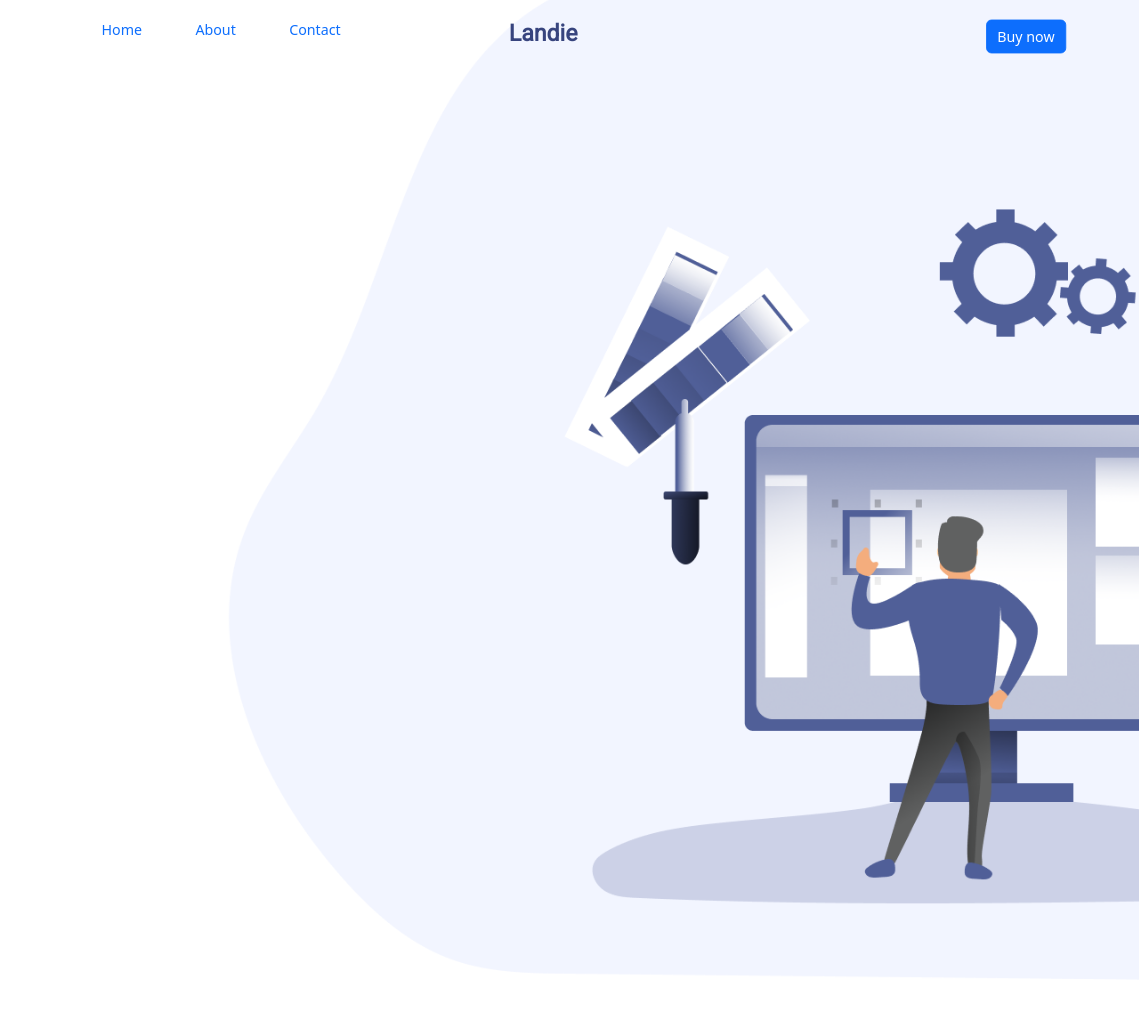
Repository: batonAnton/HW-Lec12-sass-pug
Page: index.html
The author's editor kept a copy of each file at every save. The page is drawn from the files as they stood at one save, then again after the next save.
The browser window is 1280 px wide. The pictures show the whole page, at 89% of full size.
The style sheet was rebuilt from its Sass, Less or Tailwind sources for each picture, by a compiler version that may differ from the author's.

Above is the page before, as saved 2022-07-29 15:24:25.

After the next save:
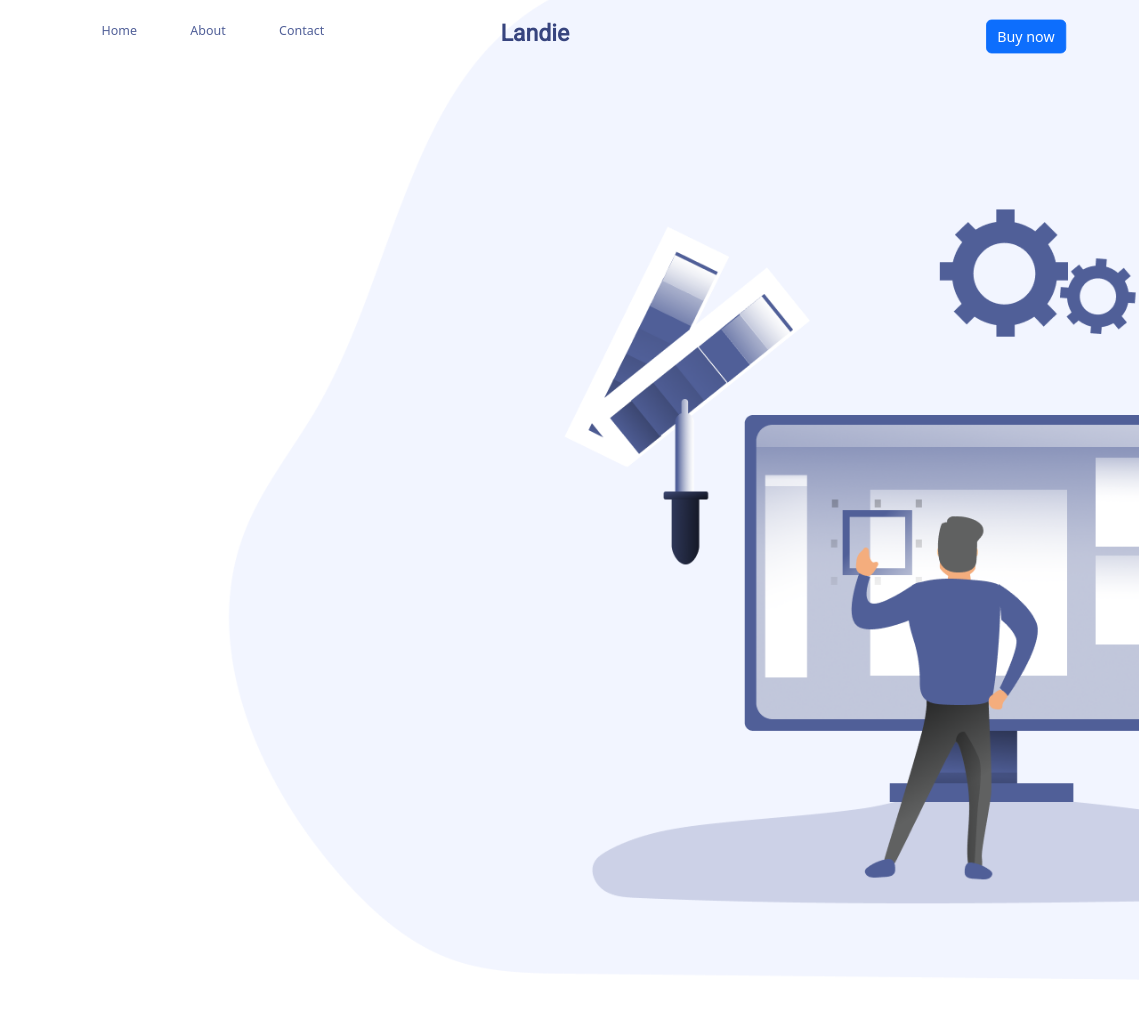
Saved 5 min 19 s later.
--- a/css/style.scss
+++ b/css/style.scss
@@ -1,9 +1,10 @@
 $primary-color: #091133;
 $primaryFontStyle:Roboto;
 
-@mixin generalStyleMenu($sizeMenu:14px, $lineHeight:24px){
+@mixin generalStyleMenu($sizeMenu:14px, $lineHeight:24px, $font-color:#505F98){
     font-size: $sizeMenu;
     line-height: $lineHeight;
+    color: $font-color;
 }
 
 body {
@@ -31,6 +32,7 @@ header {
         a{
             text-decoration: none;
             text-transform: capitalize;
+            @include generalStyleMenu;
         }
         }
 
